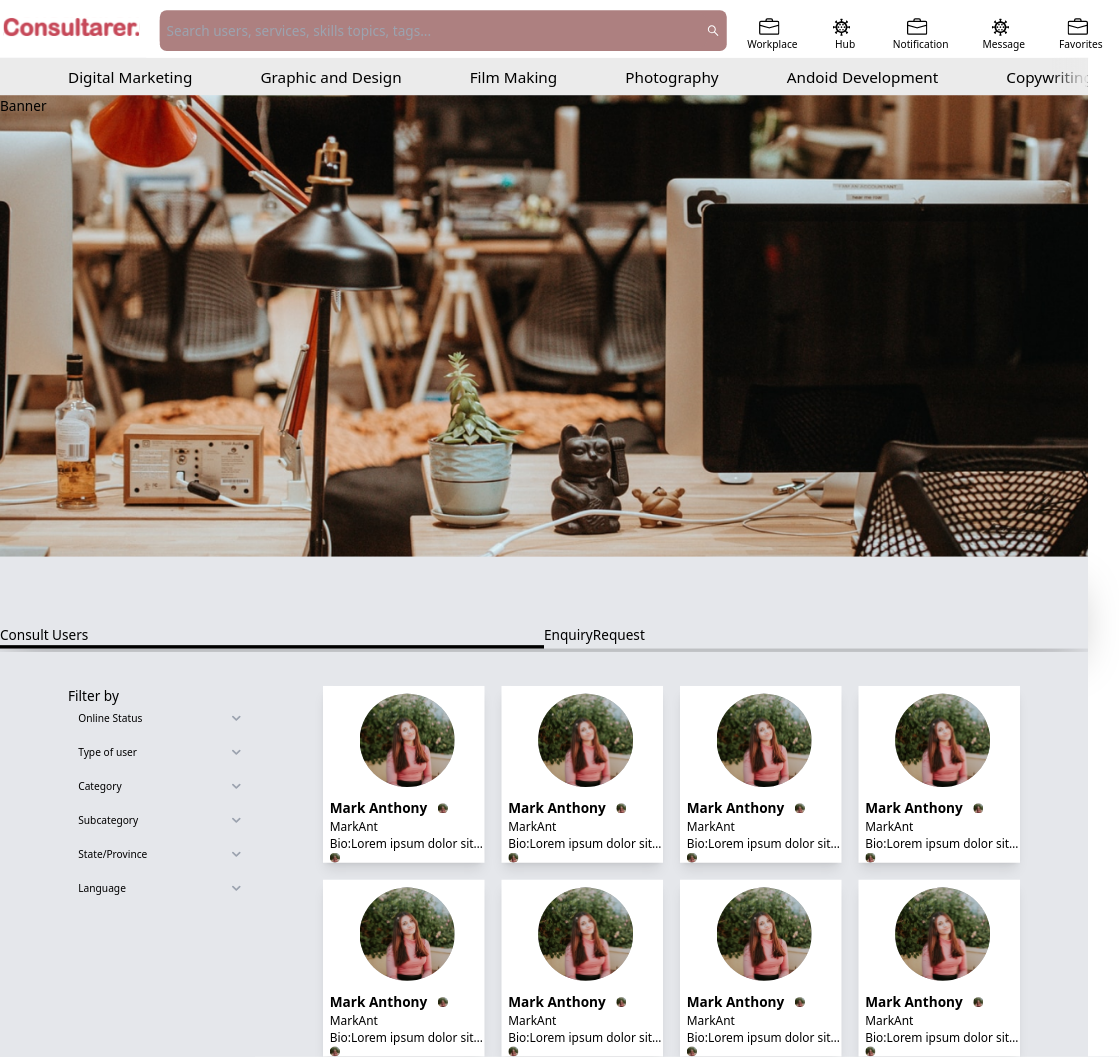
Repository: hisreal123/Consultarer
Page: /
An editor plug-in stored every save of this project. The page is shown before and after the next save, followed by the edit.
The browser window is 1280 px wide. The page is 1317 px wide, so the pictures cover 1317 px, including what lies to the right of the window. The pictures show the whole page, at 85% of full size.
The project was rebuilt for these pictures with package versions that can differ from the ones it lists, and the page was loaded fresh each time. The framework's server and built-in components were replaced by stand-ins that run in the browser. Also part of the build but not shown: next.config.js, webpack.config.js, components/Filter/Sortby.js.

Above is the page before, as saved 2022-04-26 00:30:21.

After the next save:
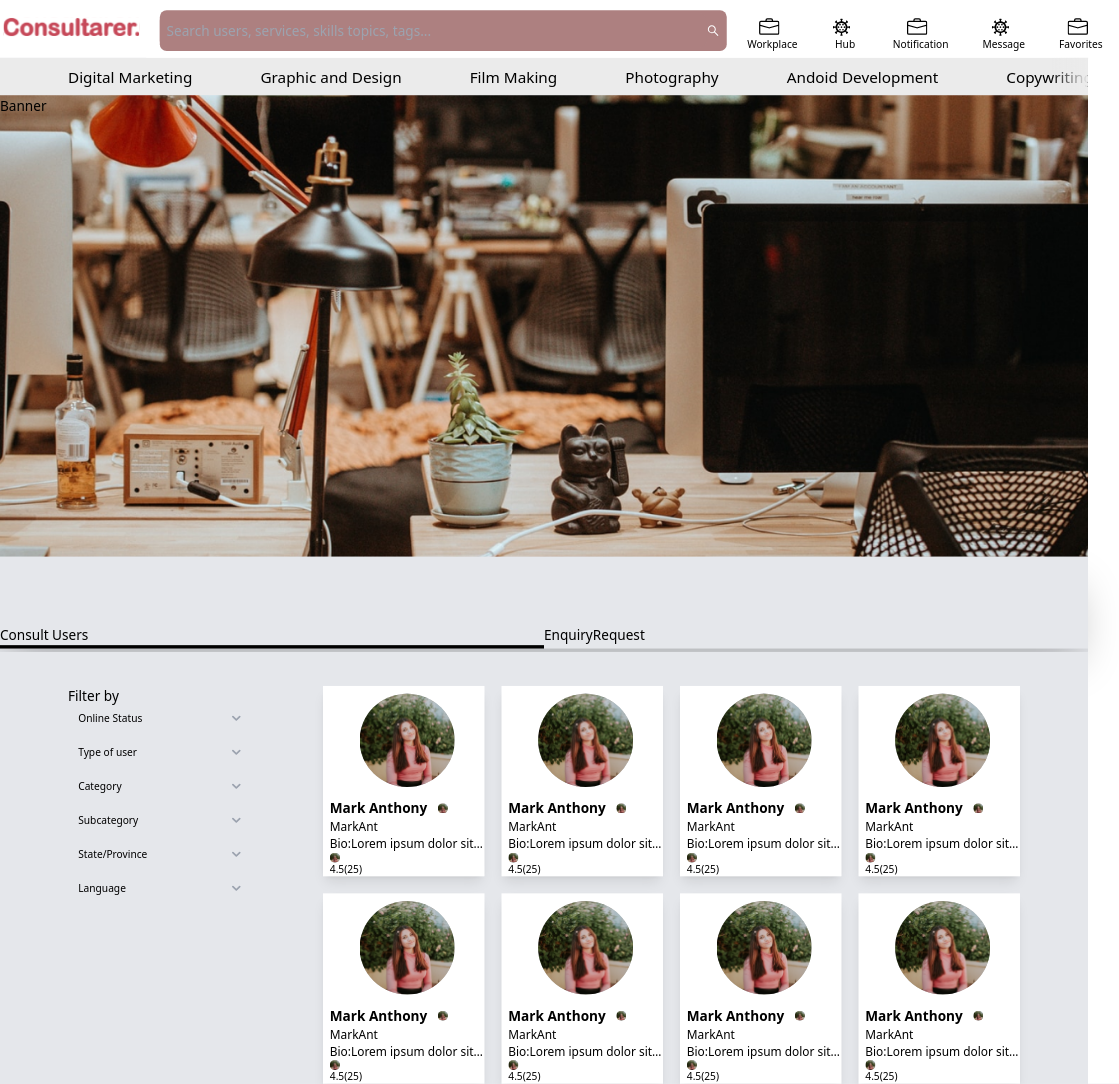
Saved 5 s later.
--- a/components/CardContent/UserCard.js
+++ b/components/CardContent/UserCard.js
@@ -154,7 +154,7 @@ export const UserCard = ({ userStyle }) => {
                       width="100"
                     />
                   </div>
-                  <span>{}</span>
+                  <span>{user.rate}</span>
                 </p>
               </div>
             </div>
